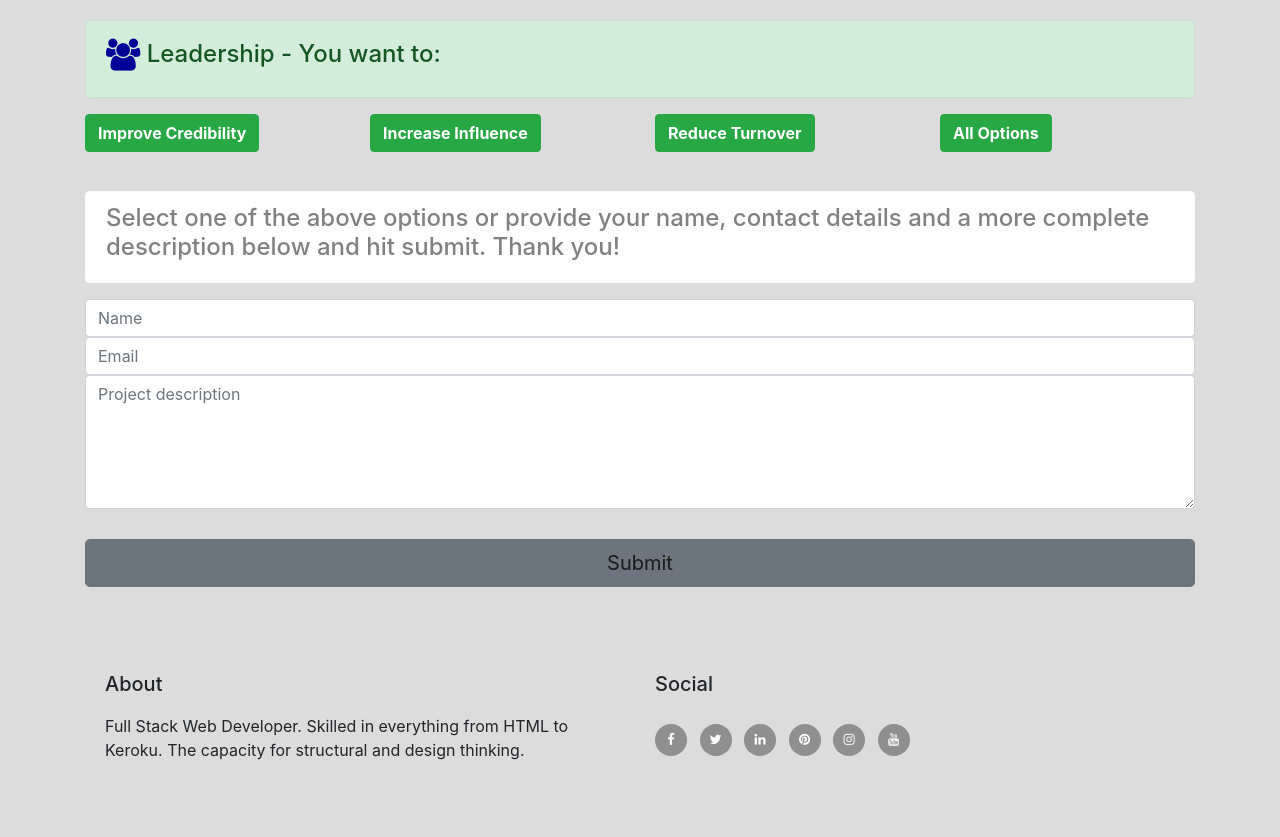
Repository: Code-Institute-Submissions/tenerim-milestone1
Page: Leadership.html
The author's editor kept a record of every edit. The page is drawn from the files as they stood at one moment, then again after the next edit.
The browser window is 1280 px wide. The pictures show the whole page.

Above is the page before.

### Leadership.html
<!DOCTYPE html>
<html lang="en">

<head>
    <meta charset="UTF-8">
    <meta name="viewport" content="width=device-width, initial-scale=1.0">
    <meta http-equiv="X-UA-Compatible" content="ie=edge">
    <link rel="stylesheet" href="https://stackpath.bootstrapcdn.com/bootstrap/4.3.1/css/bootstrap.min.css" type="text/css" />
    <link href="https://stackpath.bootstrapcdn.com/bootstrap/4.3.1/css/bootstrap.min.css" rel="stylesheet" integrity="sha384-ggOyR0iXCbMQv3Xipma34MD+dH/1fQ784/j6cY/iJTQUOhcWr7x9JvoRxT2MZw1T" crossorigin="anonymous">
    <link rel="stylesheet" href="https://stackpath.bootstrapcdn.com/font-awesome/4.7.0/css/font-awesome.min.css" type="text/css" />
    <link href="https://stackpath.bootstrapcdn.com/font-awesome/4.7.0/css/font-awesome.min.css" rel="stylesheet" integrity="sha384-wvfXpqpZZVQGK6TAh5PVlGOfQNHSoD2xbE+QkPxCAFlNEevoEH3Sl0sibVcOQVnN" crossorigin="anonymous">
    <link rel="stylesheet" href="assets/css/style.css" type="text/css" />
    <title>MT Milestone Project 1</title>

</head>

<!-------------------------------------------------------------Leadership -->

<body>

    <section id="Leadership" ;>

        <div class="container">

            <div class="row">
                <div class="col-sm-12">
                    <div class="alert alert-success" role="alert">
                        <h4 class="alert-heading"><i class="fa fa-users fa-lg" aria-hidden="true">  </i> Leadership - You want to:</h4>
                    </div>
                </div>
            </div>

            <div class="row">

                <div class="col-sm-3">
                    <button type="button" class="btn btn-success"><a href="#" class="alert-link">Improve Credibility</a></button> <br />
                </div>
                <div class="col-sm-3">
                    <button type="button" class="btn btn-success"><a href="#" class="alert-link">Increase Influence</a></button> <br />
                </div>
                <div class="col-sm-3">
                    <button type="button" class="btn btn-success"><a href="#" class="alert-link">Reduce Turnover</a></button> <br />
                </div>
                <div class="col-sm-3">
                    <button type="button" class="btn btn-success"><a href="#" class="alert-link">All Options</a></button> <br /> <br />
                </div>
            </div>

            <div class="alert alert-light" role="alert">
                <h4 class="alert-heading">Select one of the above options or provide your name, contact details and a more complete description below and hit submit. Thank you!</h4>
            </div>

            <div class="center-form">
                <form>
                    <input type="text" name="name" id="fullname" class="form-control" placeholder="Name" required />
                    <input type="email" name="email" id="emailaddress" class="form-control" placeholder="Email" required />
                    <textarea rows="5" name="projectsummary" id="projectsummary" class="form-control" placeholder="Project description" required></textarea>
                    <div class="form-row text-center">
                        <div class="col">
                            <button type="submit" class="btn btn-secondary btn-lg btn-block">Submit</button>
                        </div>
                    </div>
                </form>
            </div>

        </div>

    </section>


    <!-------------------------------------------------------------Footer -->

    <Section id="footer" ;>

        <footer class="container">
            <div id="footer-details" class="row">
                <div class="col-sm-6">
                    <h5 class="uppercase general-sub">About</h5>
                    <p class "inline-block">
                        Full Stack Web Developer. Skilled in everything from HTML to Keroku. The capacity for structural and design thinking.</p>
                </div>


                <div class="col-sm-6">
                    <h5 class="uppercase general-sub">Social</h5>
                    <ul class="list-inline social-links">
                        <li class="list-inline-item">
                            <a target="_blank" href="#">
                            <i class="fa fa-facebook" aria-hidden="true"></i>
                            <span class="sr-only">Facebook</span>
                        </a>
                        </li>
                        <li class="list-inline-item">
                            <a target="_blank" href="#">
                            <i class="fa fa-twitter" aria-hidden="true"></i>
                            <span class="sr-only">twitter</span>
                        </a>
                        </li>
                        <li class="list-inline-item">
                            <a target="_blank" href="#">
                            <i class="fa fa-linkedin" aria-hidden="true"></i>
                            <span class="sr-only">LinkedIn</span>
                        </a>
                        </li>
                        </li>
                        <li class="list-inline-item">
                            <a target="_blank" href="#">
                            <i class="fa fa-pinterest" aria-hidden="true"></i>
                            <span class="sr-only">Pinterest</span>
                        </a>
                        </li>
                        </li>
                        <li class="list-inline-item">
                            <a target="_blank" href="#">
                            <i class="fa fa-instagram" aria-hidden="true"></i>
                            <span class="sr-only">Instagram</span>
                        </a>
                        </li>
                        </li>
                        <li class="list-inline-item">
                            <a target="_blank" href="#">
                            <i class="fa fa-youtube" aria-hidden="true"></i>
                            <span class="sr-only">YouTube</span>
                        </a>
                        </li>
                    </ul>
                </div>
            </div>

        </footer>

    </Section>

</body>

</html>

### assets/css/style.css
.container-fluid {
    background-color: rgb(220, 220, 220);
}

section {
    background-color: rgb(220, 220, 220);
    padding-top: 10px;
    padding-bottom: 10px
}


.splash {
    background-color: rgb(192, 192, 192)
}


.display-4 {
    padding-top: 50px
}


.lead {
    padding-bottom: 50px
}


.headbox {
    border-radius: 25px;
    border: 2px solid #73AD21;
    padding: 10px;
    text-align: center;
    width: 200px;

}

h4 {
    color: rgb(255, 255, 255)
}



.alert-link {

color: rgb(255, 255, 255)
}

.nav-link {
    color: #1a1a1a
}


.btn {
    color: #1a1a1a
}


.fa {
     color: #000099
    }



/*--------------------------------------How I Got Here-----*/

.timeline-item {
    padding: 0em 1em 1em 1em;
    border-left: 1px solid
}

.timeline-item:before {
    content: attr(data-dates);
    left: 2.5em;
    top: 3em;
    display: block;
    font-weight: 500;
    font-size: 1em;
    color: #000099;
}

.timeline-item:after {
    width: 12px;
    height: 12px;
    display: block;
    top: -3em;
    position: relative;
    left: -23px;
    border-radius: 12px;
    content: "";
    background: #000099
}


/*--------------------------------------How I Add Value-----*/

.values {
        font-size: 13px;
        color: #fafafa
    }






/*--------------------------------------Contact-----*/

.contact {
  position: relative;
  text-align: center;
  color: white
}


.top-left {
  position: absolute;
  top: 8px;
  left: 16px
}




/*--------------------------------------Footer-----*/

.social-links {
    padding-bottom: 15px
}

.social-links li a i {
    width: 32px;
    height: 32px;
    padding: 12px 0;
    border-radius: 50%;
    font-size: 13px;
    line-height: 7px;
    text-align: center;
    color: #fafafa;
    background: #8f8f8f;
    transition: all 0.35s ease-in-out;
    -moz-transition: all 0.35s ease-in-out;
    -webkit-transition: all 0.35s ease-in-out;
    -o-transition: all 0.35s ease-in-out
}

.social-links li a i:hover {
    background: #e84610
}

#footer-details {
    padding: 20px
}


/*--------------------------------------Padding-----*/

li     {
    padding-top: 10px;
    padding-bottom: 10px
}

.container
{
    padding-top: 10px;
    padding-bottom: 10px
}

h2 {
    padding-top: 10px;
    padding-bottom: 10px
}



h3 {
    padding-top: 10px;
    padding-bottom: 10px
}



h5 {
    padding-top: 10px;
    padding-bottom: 10px
}

.fa {
    padding-top: 10px;
    padding-bottom: 10px
 }

.btn-block  {
     margin-top: 10px
    }

  .btn  {
     margin-bottom: 15px
    }



.text-center {
    padding-top: 20px
}

.navbar {
    padding-top: 10px;
    padding-bottom: 10px
}

After the next edit:
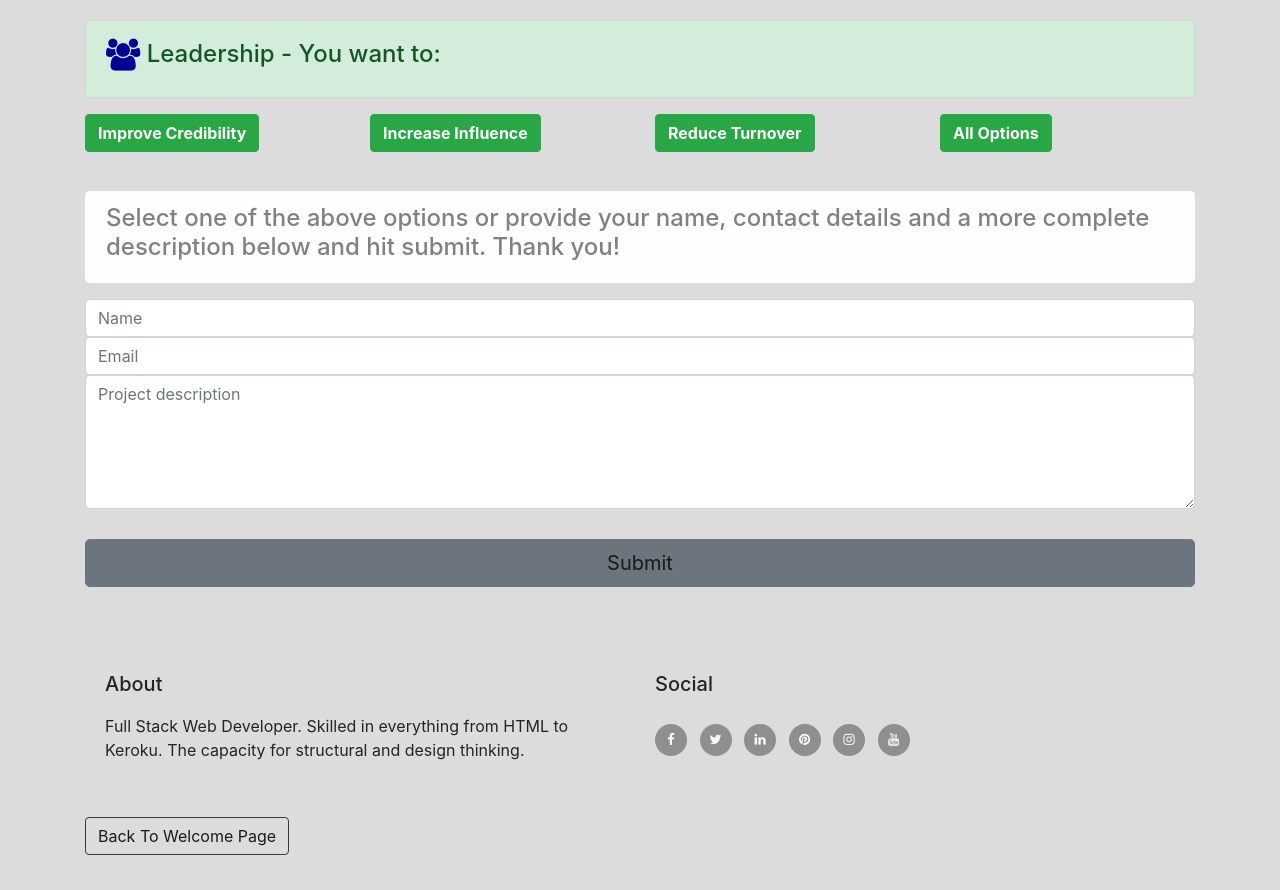
The edit:
--- a/Leadership.html
+++ b/Leadership.html
@@ -126,7 +126,7 @@
                     </ul>
                 </div>
             </div>
-
+            <a href="index.html"> <button type="button" class="btn btn-outline-dark">Back To Welcome Page</button> </a>
         </footer>
 
     </Section>
